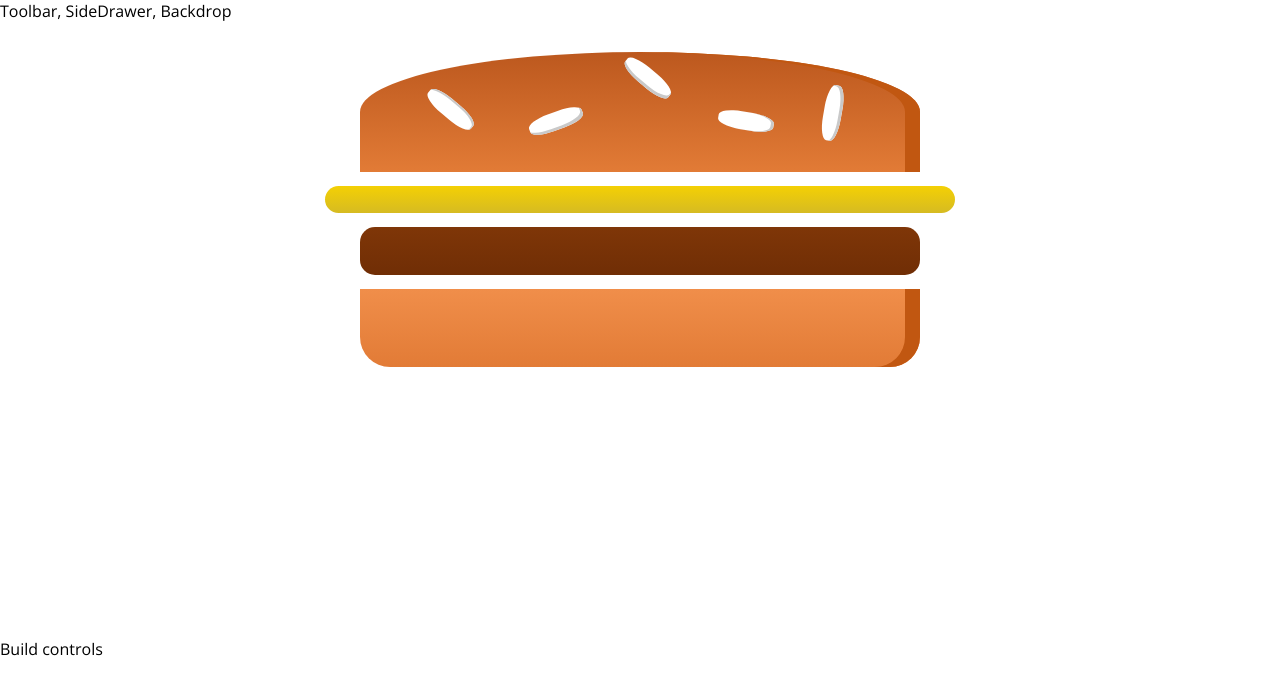
Repository: AbdulMutaal/Burger-Builder
Page: /
These files come from the project's save history. The page is drawn as it stood at one moment and after the next save; the edit follows.
The browser window is 1280 px wide. The pictures show the whole page.
The project was rebuilt for these pictures with package versions that can differ from the ones it lists, and the page was loaded fresh each time.

Above is the page before, as saved 2021-12-07 11:44:05.

After the next save:
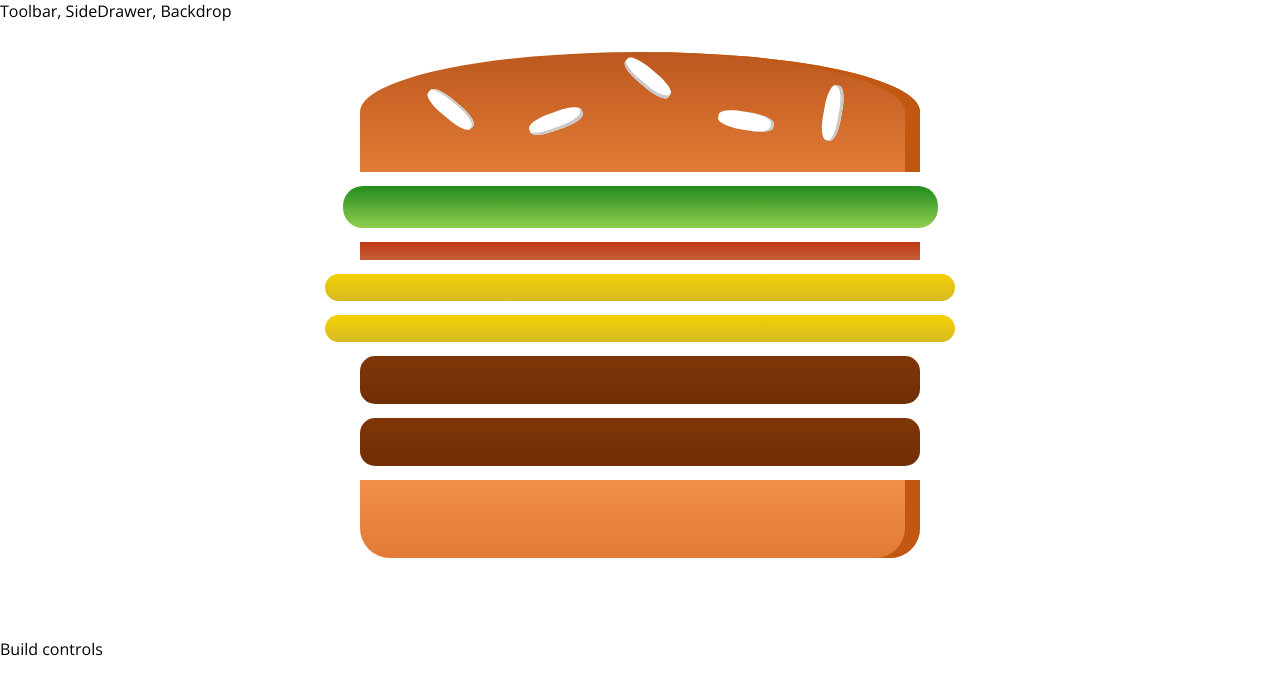
Saved 104 s later.
--- a/src/components/Burger/Burger.js
+++ b/src/components/Burger/Burger.js
@@ -14,8 +14,7 @@ const burger = (props) => {
     return (
         <div className={classes.Burger}>
             <BurgerIngredient type="bread-top" />
-            <BurgerIngredient type="cheese" />
-            <BurgerIngredient type="meat" />
+            { transformedIngredients }
             <BurgerIngredient type="bread-bottom" />
         </div>
     );
